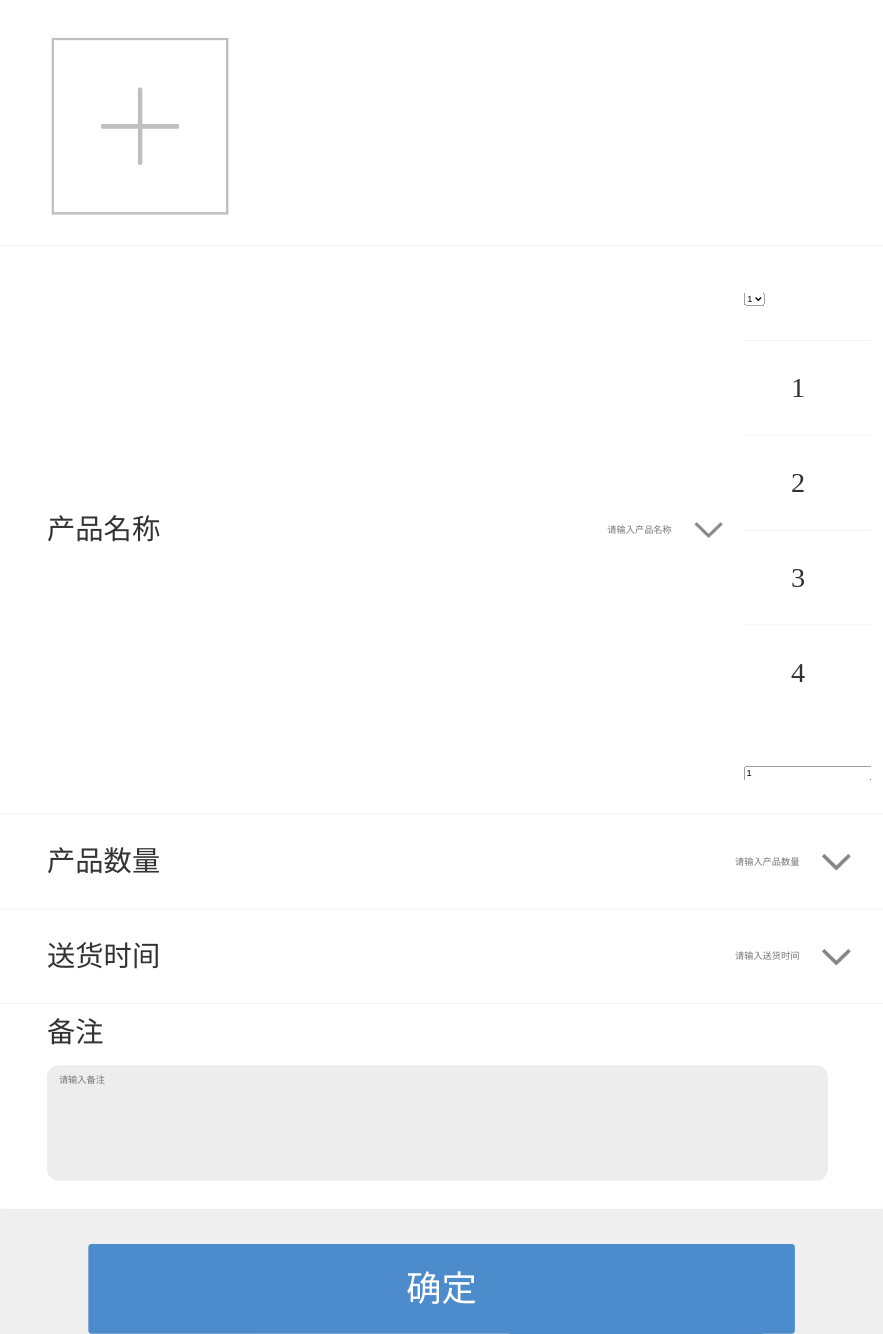
Repository: missing-star/produce
Page: Cbuyer.html
The author's editor kept a copy of each file at every save. The page is drawn from the files as they stood at one save, then again after the next save.
The browser window is 1280 px wide. The pictures show the whole page, at 69% of full size.

Above is the page before, as saved 2019-05-20 10:54:05.

After the next save:
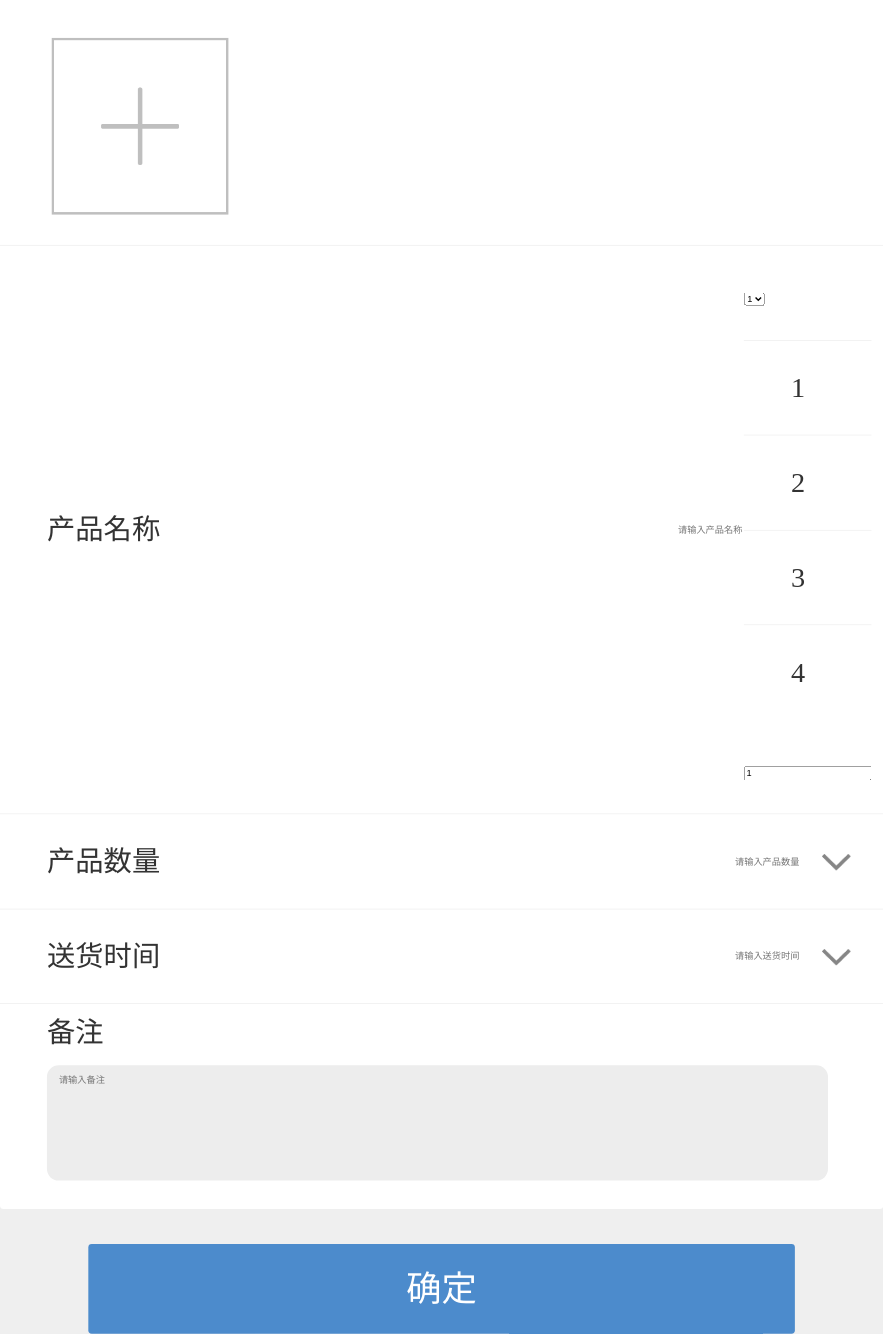
Saved 69 s later.
--- a/Cbuyer.html
+++ b/Cbuyer.html
@@ -22,7 +22,7 @@
                     <div class="box">
                         <input type="text" v-model="title" placeholder="请输入产品名称" id="hh">
                         <!-- <span>请输入产品名称</span> -->
-                        <span class="next" @click="select"></span>
+                        <!-- <span class="next" @click="select"></span> -->
                         <!-- <img  src="img/xia.png" alt="" > -->
                         <select name="" id="">
                             <option>1</option>
